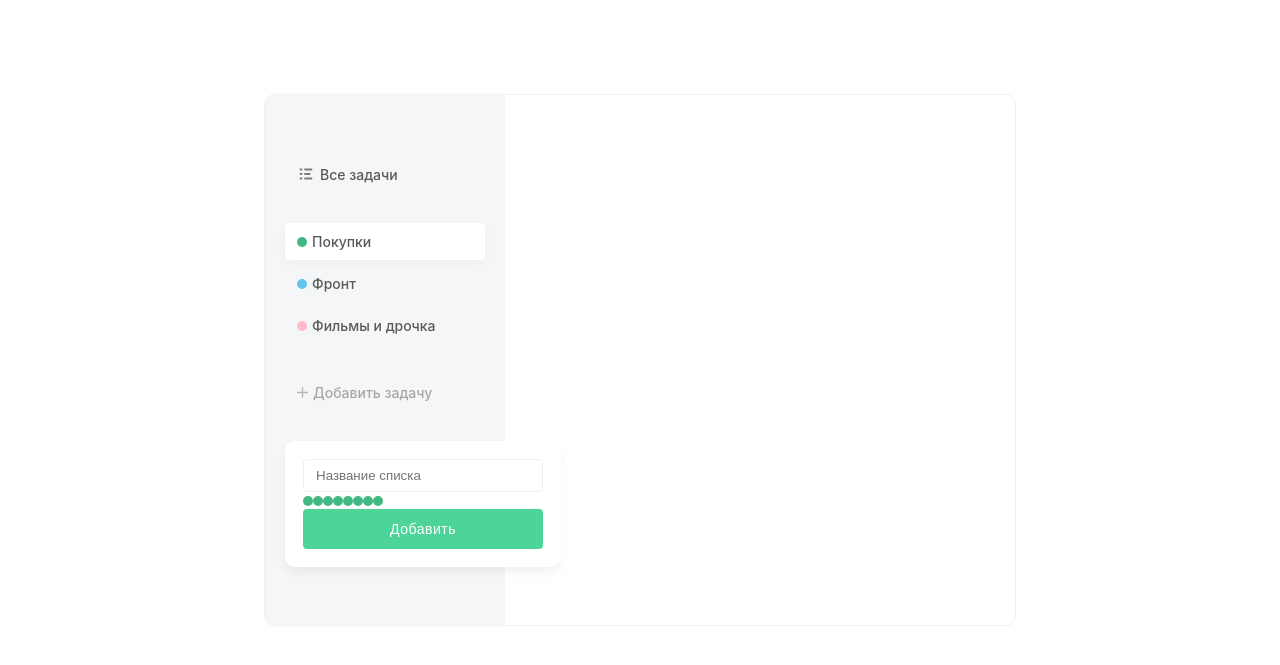
Repository: AzimAzimov/Todo
Page: /
The author's editor kept a copy of each file at every save. The page is drawn from the files as they stood at one save, then again after a run of saves.
The browser window is 1280 px wide. The pictures show the whole page.
The project was rebuilt for these pictures with package versions that can differ from the ones it lists, and the page was loaded fresh each time.

Above is the page before, as saved 2023-02-19 15:27:32.

### src/index.js
import React from 'react';
import ReactDOM from 'react-dom/client';
import './scss/index.scss';
import App from './App';

const root = ReactDOM.createRoot(document.getElementById('root'));
root.render(
  <React.StrictMode>
    <App />
  </React.StrictMode>
);

### src/scss/index.scss
@import "_normalize.scss";

body {
  margin: 0;
  font-family: -apple-system, BlinkMacSystemFont, 'Segoe UI', 'Montserrat', 'Oxygen',
    'Ubuntu', 'Cantarell', 'Fira Sans', 'Droid Sans', 'Helvetica Neue',
    sans-serif;
  -webkit-font-smoothing: antialiased;
  -moz-osx-font-smoothing: grayscale;
}

.todo {
  position: absolute;
  left: 50%;
  top: 50%;
  width: 750px;
  height: 530px;
  transform: translate(-50%, -50%);
  border: 1px solid #f1f1f1;
  border-radius: 10px;
  overflow: hidden;
  font-size: 14px;
  // background-color: #F4F6F8;
  &__sidebar {
    background: #F4F6F8;
    width: 200px;
    height: calc(100% - 120px);
    padding: 60px 20px;
  }

}

### src/App.js
import React, { useState } from 'react';
import AddButtonList from './components/addButtonList/AddButtonList';

import List from './components/sidebar/List';
import DB from './assets/db.json'
import './scss/index.scss';


function App() {

  const [ value, setValue ] = useState('kjjk')

  return (
    <div className="todo">
      <div className="todo__sidebar">
        <List items={[
          {
            icon: (
              <svg width="18" height="18" viewBox="0 0 18 18" fill="none" xmlns="http://www.w3.org/2000/svg">
                <path d="M12.96 8.10001H7.74001C7.24321 8.10001 7.20001 8.50231 7.20001 9.00001C7.20001 9.49771 7.24321 9.90001 7.74001 9.90001H12.96C13.4568 9.90001 13.5 9.49771 13.5 9.00001C13.5 8.50231 13.4568 8.10001 12.96 8.10001V8.10001ZM14.76 12.6H7.74001C7.24321 12.6 7.20001 13.0023 7.20001 13.5C7.20001 13.9977 7.24321 14.4 7.74001 14.4H14.76C15.2568 14.4 15.3 13.9977 15.3 13.5C15.3 13.0023 15.2568 12.6 14.76 12.6ZM7.74001 5.40001H14.76C15.2568 5.40001 15.3 4.99771 15.3 4.50001C15.3 4.00231 15.2568 3.60001 14.76 3.60001H7.74001C7.24321 3.60001 7.20001 4.00231 7.20001 4.50001C7.20001 4.99771 7.24321 5.40001 7.74001 5.40001ZM4.86001 8.10001H3.24001C2.74321 8.10001 2.70001 8.50231 2.70001 9.00001C2.70001 9.49771 2.74321 9.90001 3.24001 9.90001H4.86001C5.35681 9.90001 5.40001 9.49771 5.40001 9.00001C5.40001 8.50231 5.35681 8.10001 4.86001 8.10001ZM4.86001 12.6H3.24001C2.74321 12.6 2.70001 13.0023 2.70001 13.5C2.70001 13.9977 2.74321 14.4 3.24001 14.4H4.86001C5.35681 14.4 5.40001 13.9977 5.40001 13.5C5.40001 13.0023 5.35681 12.6 4.86001 12.6ZM4.86001 3.60001H3.24001C2.74321 3.60001 2.70001 4.00231 2.70001 4.50001C2.70001 4.99771 2.74321 5.40001 3.24001 5.40001H4.86001C5.35681 5.40001 5.40001 4.99771 5.40001 4.50001C5.40001 4.00231 5.35681 3.60001 4.86001 3.60001Z" fill="black"/>
              </svg>
            ),
            name: 'Все задачи',
          }
        ]} />
        <List
          isRemovable={true}
          items={[
            {
              color: 'green',
              name: 'Покупки',
              active: true,
            },
            {
              color: 'blue',
              name: 'Фронт',
            },
            {
              color: 'pink',
              name: 'Фильмы и дрочка',
            },
          ]}
        />
        <AddButtonList colors={DB.colors} />
      </div>
      <div className='todo__tasks'></div>
    </div>
  );
}

export default App;

### src/scss/_normalize.scss
* {
  padding: 0;
  margin: 0;
  list-style: none;
  outline: none;
}

html {
  -ms-text-size-adjust: 100%;
  -webkit-text-size-adjust: 100%;
}

body {
  -moz-osx-font-smoothing: grayscale;
  -webkit-font-smoothing: antialiased;

}

a,
span,
p,
b,
h1,
h2,
h3,
h4,
h5 {
  margin: 0;
  padding: 0;
  text-decoration: none
}

h1 {
  font-size: 48px;
}

h2 {
  font-weight: 600;
  font-size: 28px;
  line-height: 30px;
}

a {
  text-decoration: none;
}

### src/components/addButtonList/AddButtonList.jsx
import React, {useState} from 'react'
import Badge from '../badge/Badge';
import List from '../sidebar/List'
import "./AddListButton.scss"


const AddButtonList = ({ colors }) => {
  const [visiblePopup, setVisiblePopup] = useState(true);

  return (
    <div className="add__list">
      <List
        onClick={()=> setVisiblePopup(true)}
        items={[
          {
            className: 'todo__list__button',
            icon: (
              <svg width="11" height="11" viewBox="0 0 16 16" fill="none" xmlns="http://www.w3.org/2000/svg">
                <path d="M8 1V15" stroke="black" strokeWidth="2" strokeLinecap="round" strokeLinejoin="round"/>
                <path d="M1 8H15" stroke="black" strokeWidth="2" strokeLinecap="round" strokeLinejoin="round"/>
              </svg>
            ),
            name: 'Добавить задачу'
          }
        ]}
      />
      {visiblePopup &&
        <div className="add__list__popup">
          <input className='field' type='text' placeholder='Название списка' />
          <div className="add__list__popup__colors">
            {colors.map(color => <Badge key={color.id} color="green" /> )}
          </div>
          <button className='button'>Добавить</button>
        </div>
      }
    </div>
  )
}

export default AddButtonList

### src/components/sidebar/List.jsx
import React from 'react'
import classNames from 'classnames';

import './List.scss';
import Badge from '../badge/Badge';

const List = ({ items, isRemovable, onClick }) => {
  return (
    <ul onClick={onClick} className='todo__list'>
      {items.map((item, index) => (
        <li key={index} className={classNames(item.className, { active: item.active })}>
          <i>{item.icon ? item.icon : <Badge color={item.color} />}</i>
          <span>{item.name}</span>
        </li>
      ))}
    </ul>
  )
}

export default List

### src/assets/db.json
{
  "lists": [
    {
      "id": 1,
      "name": "Продажи",
      "colorId": 5
    },
    {
      "id": 2,
      "name": "Фронтенд",
      "colorId": 4
    },
    {
      "id": 3,
      "name": "Фильмы и сериалы",
      "colorId": 3
    },
    {
      "id": 4,
      "name": "Книги",
      "colorId": 2
    },
    {
      "id": 5,
      "name": "Личное",
      "colorId": 1
    },
    {
      "name": "Спорт",
      "colorId": 3,
      "id": 6
    },
    {
      "name": "Курс по ReactJS ToDo",
      "colorId": 7,
      "id": 7
    }
  ],
  "tasks": [
    {
      "id": 1,
      "listId": 2,
      "text": "Изучить JavaScript",
      "completed": true
    },
    {
      "id": 2,
      "listId": 2,
      "text": "Изучить паттерны проектирования",
      "completed": false
    },
    {
      "id": 3,
      "listId": 2,
      "text": "ReactJS Hooks (useState, useReducer, useEffect и т.д.)",
      "completed": true
    },
    {
      "id": 4,
      "listId": 2,
      "text": "Redux (redux-observable, redux-saga)",
      "completed": false
    },
    {
      "listId": 2,
      "text": "123",
      "completed": true,
      "id": 5
    },
    {
      "listId": 1,
      "text": "test",
      "completed": false,
      "id": 6
    },
    {
      "listId": 1,
      "text": "qweqwe",
      "completed": false,
      "id": 7
    },
    {
      "listId": 1,
      "text": "qweqwe",
      "completed": true,
      "id": 8
    },
    {
      "listId": 1,
      "text": "123",
      "completed": false,
      "id": 9
    },
    {
      "listId": 4,
      "text": "Купить 1984!",
      "completed": true,
      "id": 10
    },
    {
      "listId": 2,
      "text": "222",
      "completed": true,
      "id": 12
    },
    {
      "listId": 7,
      "text": "Сделали сайдбар",
      "completed": true,
      "id": 15
    },
    {
      "listId": 7,
      "text": "Сделали список задач",
      "completed": true,
      "id": 16
    },
    {
      "listId": 7,
      "text": "Сделали удаление и редактирование задач и списков",
      "completed": true,
      "id": 17
    },
    {
      "listId": 8,
      "text": "tttt",
      "completed": false,
      "id": 18
    }
  ],
  "colors": [
    {
      "id": 1,
      "hex": "#C9D1D3",
      "name": "grey"
    },
    {
      "id": 2,
      "hex": "#42B883",
      "name": "green"
    },
    {
      "id": 3,
      "hex": "#64C4ED",
      "name": "blue"
    },
    {
      "id": 4,
      "hex": "#FFBBCC",
      "name": "pink"
    },
    {
      "id": 5,
      "hex": "#B6E6BD",
      "name": "lime"
    },
    {
      "id": 6,
      "hex": "#C355F5",
      "name": "purple"
    },
    {
      "id": 7,
      "hex": "#110133",
      "name": "black"
    },
    {
      "id": 8,
      "hex": "#FF6464",
      "name": "red"
    }
  ]
}

### src/components/badge/Badge.jsx
import React from 'react'

import "./Barge.scss"

const Badge = ({ color }) => <i className={`badge badge__${color}`}></i>

export default Badge

### src/components/addButtonList/AddListButton.scss
.add__list {
  &__popup {
    width: 240px;
    background: #FFFFFF;
    box-shadow: 0px 6px 10px rgba(0, 0, 0, 0.05);
    border-radius: 10px;
    padding: 18px;
    &__colors {
      ul {
        display: flex;
        gap: 5px;
        margin: 12px 0;
        .badge {
          width: 20px;
          height: 20px;
          border-radius: 50%;
          position: static;
        }
      }
    }
  }

  .field {
    width: 100%;
    background: #FFFFFF;
    border: 1px solid #EFEFEF;
    border-radius: 4px;
    box-sizing: border-box;
    padding: 8px 12px;
    &:focus {
      border-color: #dadada;
    }
  }

  .button {
    cursor: pointer;
    width: 100%;
    padding: 12px 20px;
    background: #4DD599;
    border-radius: 4px;
    border: none;
    letter-spacing: .5px;
    font-size: 14px;
    color: #FFFFFF;
    transition: all 0.3 ease;
    &:hover {
      background: darken(#4DD599, 4%);
    }
    &:active {
      background: darken(#4DD599, 12%);
    }
  }
}

### src/components/sidebar/List.scss

.todo__list {
  margin-bottom: 30px;
  &__button {
    opacity: 0.5;
    &:hover {
      opacity: 1;
    }
    svg {
      transition: all 0.3s ease;
      path {
        stroke: #7C7C7C;
      }
    }
    span {
      color: #7c7c7c;
      transition: all 0.3s ease;
    }
  }

  li {
    display: flex;
    align-items: center;
    gap: 5px;
    padding: 10px 12px;
    margin-bottom: 5px;
    cursor: pointer;
    &.active {
      background: #FFFFFF;
      box-shadow: 0px 2px 10px rgba(0, 0, 0, 0.04);
      border-radius: 4px;
    }

    i {
      display: inline-flex;
      svg {
        path {
          fill: #7C7C7C;
        }
      }
    }

    span {
      font-weight: 500;
      color: #595959;
    }
  }
}

### src/components/badge/Barge.scss
  .badge {
    display: inline-block;
    width: 10px;
    height: 10px;
    border-radius: 50%;

    &__green {
      background-color: #42B883;
    }

    &__blue {
      background-color: #64C4ED;
    }

    &__pink {
      background-color: #FFBBCC;
    }
  }

Loaded but not shown: public/index.html (common file)

After the next 4 saves:
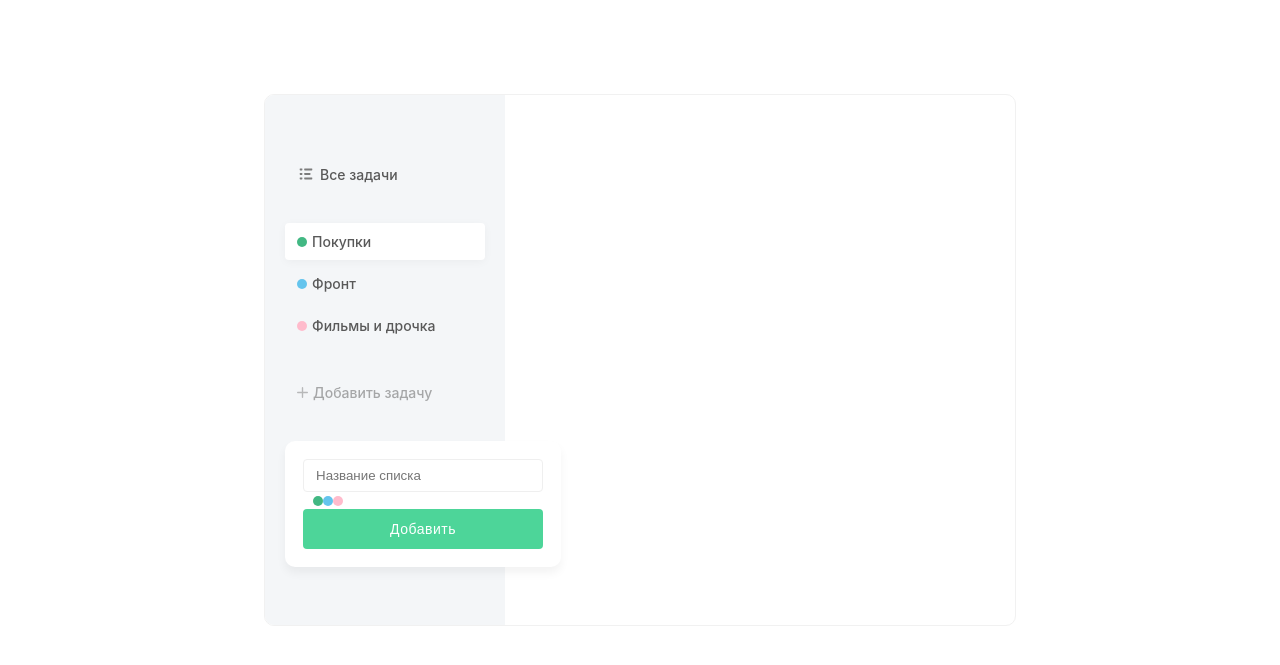
The 4 saves are shown as one change because they came seconds apart.
The last was saved 6 min 48 s later.
--- a/src/components/addButtonList/AddButtonList.jsx
+++ b/src/components/addButtonList/AddButtonList.jsx
@@ -28,7 +28,7 @@ const AddButtonList = ({ colors }) => {
         <div className="add__list__popup">
           <input className='field' type='text' placeholder='Название списка' />
           <div className="add__list__popup__colors">
-            {colors.map(color => <Badge key={color.id} color="green" /> )}
+            {colors.map(color => <Badge key={color.id} color={color.name} /> )}
           </div>
           <button className='button'>Добавить</button>
         </div>
